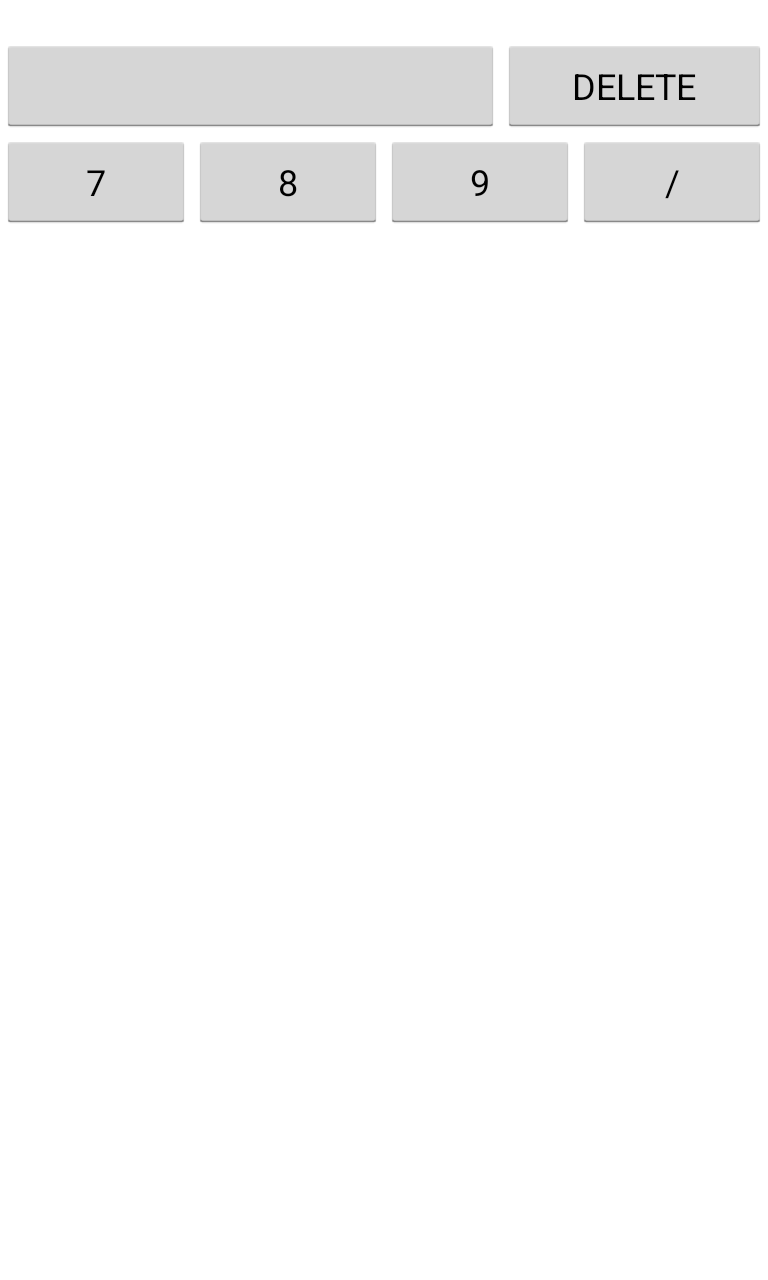
Repository: iracom/ejercicios-android
Layout: Calculadora/res/layout/activity_main.xml
An editor plug-in stored every save of this project. The layout is shown before and after the next save, followed by the edit.
It is drawn on a 768 x 1280 px phone screen (xhdpi) without system bars, with theme AppTheme; the app's code is not run.

Above is the layout before, as saved 2014-05-07 09:58:18.

### Calculadora/res/layout/activity_main.xml
<LinearLayout xmlns:android="http://schemas.android.com/apk/res/android"
    xmlns:tools="http://schemas.android.com/tools"
    android:id="@+id/container"
    android:layout_width="match_parent"
    android:layout_height="match_parent"
    android:orientation="vertical">

    <TextView
        android:id="@+id/textView1"
        android:layout_width="match_parent"
        android:layout_height="wrap_content"
        android:text="" />

    <LinearLayout
        android:layout_width="match_parent"
        android:layout_height="wrap_content"
        android:orientation="horizontal" >

        <Button
            android:id="@+id/button2"
            android:layout_width="wrap_content"
            android:layout_height="wrap_content"
            android:layout_weight="4"
            android:text=""
            android:clickable="false"/>

        <Button
            android:id="@+id/btn_delete"
            android:layout_width="wrap_content"
            android:layout_height="wrap_content"
            android:layout_weight="1"
            android:text="@string/borrar" />

    </LinearLayout>

    <LinearLayout
        android:layout_width="match_parent"
        android:layout_height="wrap_content"
        android:orientation="horizontal" >

        <Button
            android:id="@+id/btn_7"
            android:layout_width="wrap_content"
            android:layout_height="wrap_content"
            android:layout_weight="1"
            android:text="@string/siete" />

        <Button
            android:id="@+id/btn_8"
            android:layout_width="wrap_content"
            android:layout_height="wrap_content"
            android:layout_weight="1"
            android:text="@string/ocho" />

        <Button
            android:id="@+id/btn_9"
            android:layout_width="wrap_content"
            android:layout_height="wrap_content"
            android:layout_weight="1"
            android:text="@string/nueve" />

        <Button
            android:id="@+id/btn_div"
            android:layout_width="wrap_content"
            android:layout_height="wrap_content"
            android:layout_weight="1"
            android:text="@string/div" />

    </LinearLayout>

</LinearLayout>

### Calculadora/res/values/strings.xml
<?xml version="1.0" encoding="utf-8"?>
<resources>

    <string name="app_name">Calculadora</string>
    <string name="hello_world">Hello world!</string>
    <string name="action_settings">Settings</string>
    <string name="borrar">DELETE</string>
    <string name="uno">1</string>
    <string name="dos">2</string>
    <string name="tres">3</string>
    <string name="cuatro">4</string>
    <string name="cinco">5</string>
    <string name="seis">6</string>
    <string name="siete">7</string>
    <string name="ocho">8</string>
    <string name="nueve">9</string>
    <string name="cero">0</string>
    <string name="sum">+</string>
    <string name="res">-</string>
    <string name="mul">x</string>
    <string name="div">/</string>
    <string name="igual">=</string>
    <string name="punto">.</string>

</resources>

Loaded but not shown: Calculadora/res/values/styles.xml (common file); Calculadora/res/values-v11/styles.xml (common file); Calculadora/res/values-v14/styles.xml (common file)

After the next save:
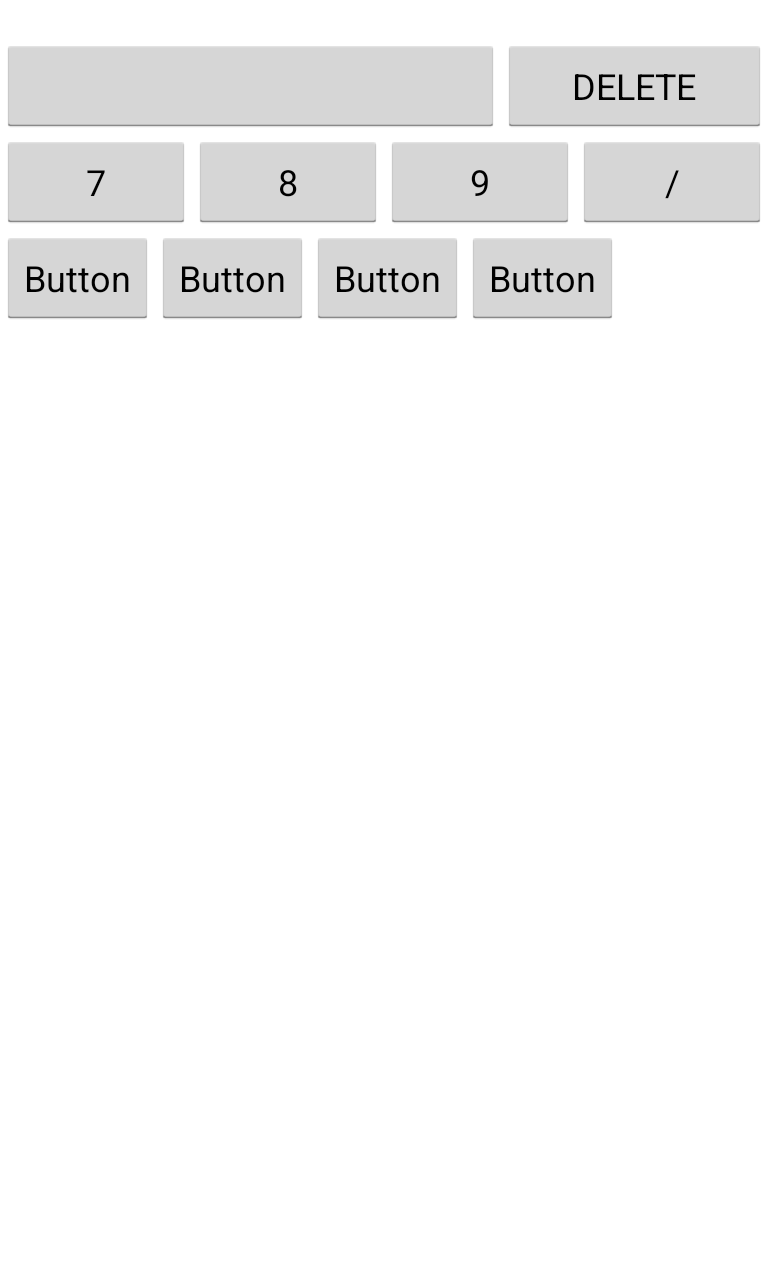
Saved 34 s later.
--- a/Calculadora/res/layout/activity_main.xml
+++ b/Calculadora/res/layout/activity_main.xml
@@ -68,4 +68,34 @@
 
     </LinearLayout>
 
+    <LinearLayout
+        android:layout_width="match_parent"
+        android:layout_height="wrap_content" >
+
+        <Button
+            android:id="@+id/button1"
+            android:layout_width="wrap_content"
+            android:layout_height="wrap_content"
+            android:text="Button" />
+
+        <Button
+            android:id="@+id/button3"
+            android:layout_width="wrap_content"
+            android:layout_height="wrap_content"
+            android:text="Button" />
+
+        <Button
+            android:id="@+id/button4"
+            android:layout_width="wrap_content"
+            android:layout_height="wrap_content"
+            android:text="Button" />
+
+        <Button
+            android:id="@+id/button5"
+            android:layout_width="wrap_content"
+            android:layout_height="wrap_content"
+            android:text="Button" />
+
+    </LinearLayout>
+
 </LinearLayout>
